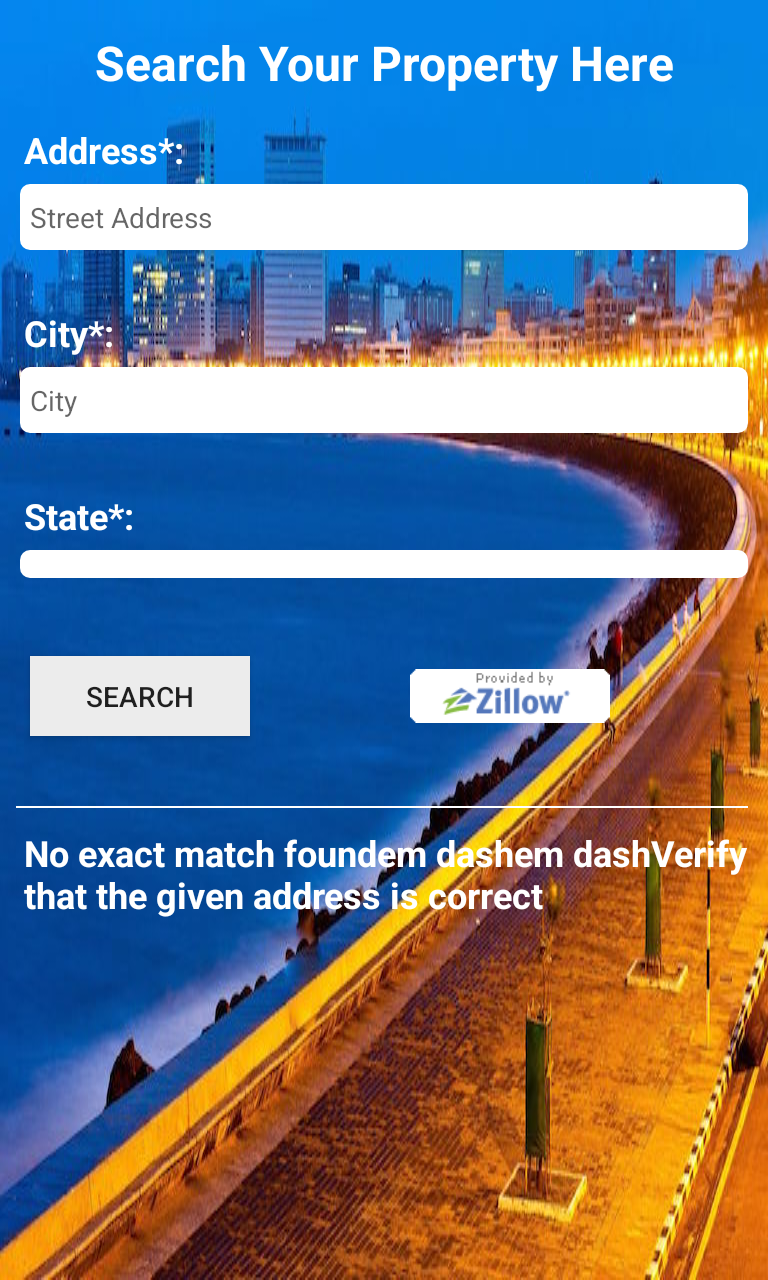
Repository: Warun26/PropertySearch
Layout: PropertySearch/res/layout/activity_main.xml
The author's editor kept a copy of each file at every save. The layout is drawn from the files as they stood at one save, then again after the next save.
It is drawn on a 768 x 1280 px phone screen (xhdpi) without system bars, with theme AppTheme; the app's code is not run. The app's manifest (not shown) leaves right-to-left support off. So textAlignment, textDirection and layoutDirection are ignored, and left and right values win over start and end ones.

Above is the layout before, as saved 2014-11-24 17:42:14.

### PropertySearch/res/layout/activity_main.xml
<?xml version="1.0" encoding="utf-8"?>
<LinearLayout xmlns:android="http://schemas.android.com/apk/res/android"
    xmlns:tools="http://schemas.android.com/tools"
    android:layout_width="match_parent"
    android:layout_height="match_parent"
    android:background="@drawable/background"
    android:orientation="vertical" >

    <LinearLayout
    	android:layout_width="match_parent"
    	android:layout_height="wrap_content"
    	android:orientation="horizontal">
	    <TextView
	    	android:id="@+id/formTitle"
		    android:layout_width="match_parent"
		    android:layout_height="wrap_content"
		    android:layout_marginTop="15dp"
		    android:layout_marginBottom="5dp"
		    android:text="@string/form_title"
		    android:gravity="center_horizontal"
		    android:textStyle="bold"
		    android:textSize="24sp"
		    android:textColor="#fff" />
	</LinearLayout>

    <LinearLayout
        android:layout_width="match_parent"
        android:layout_height="wrap_content"
        android:orientation="vertical">
        <TextView
            android:id="@+id/StreetAddressLabel"
            android:layout_gravity="center_horizontal"
            android:layout_marginTop="10dp"
            android:layout_marginBottom="5dp"
            android:layout_marginStart="8dp"
            android:layout_marginLeft="8dp"
            android:layout_width="fill_parent"
            android:layout_height="wrap_content"
            android:text="@string/address"
            android:textStyle="bold"
            android:textColor="#fff"
            android:textSize="18sp" />
        <EditText
            android:id="@+id/StreetAddressInput"
            android:layout_width="fill_parent"
            android:layout_height="wrap_content"
            android:hint="@string/street_address"
            android:paddingTop="7dp"
            android:paddingBottom="7dp"
            android:paddingStart="5dp"
            android:paddingLeft="5dp"
            android:paddingEnd="5dp"
            android:layout_marginLeft="10dp"
            android:layout_marginRight="10dp"
            android:textSize="14sp"
            android:background="@drawable/editbox"/>
        <TextView
            android:id="@+id/StreetError"
            android:layout_width="fill_parent"
            android:layout_height="wrap_content"
            android:text="@string/error_message"
            android:textColor="#ff0000"
            android:layout_marginLeft="10dp"
            android:layout_marginStart="10dp"
            android:textStyle="bold"
            android:visibility="invisible" />
    </LinearLayout>

    <LinearLayout
        android:layout_width="match_parent"
        android:layout_height="wrap_content"
        android:orientation="vertical">
        <TextView
            android:id="@+id/CityLabel"
            android:layout_gravity="center_horizontal"
            android:layout_marginTop="10dp"
            android:layout_marginBottom="5dp"
            android:layout_marginStart="8dp"
            android:layout_marginLeft="8dp"
            android:layout_width="fill_parent"
            android:layout_height="wrap_content"
            android:text="@string/city_label"
            android:textStyle="bold"
            android:textColor="#fff"
            android:textSize="18sp" />
        <EditText
            android:id="@+id/CityInput"
            android:layout_width="fill_parent"
            android:layout_height="wrap_content"
            android:hint="@string/city"
            android:paddingTop="7dp"
            android:paddingBottom="7dp"
            android:paddingStart="5dp"
            android:paddingLeft="5dp"
            android:paddingEnd="5dp"
            android:layout_marginLeft="10dp"
            android:layout_marginRight="10dp"
            android:textSize="14sp"
            android:background="@drawable/editbox"/>
        <TextView
            android:id="@+id/CityError"
            android:layout_width="fill_parent"
            android:layout_height="wrap_content"
            android:text="@string/error_message"
            android:textColor="#ff0000"
            android:layout_marginLeft="10dp"
            android:layout_marginStart="10dp"
            android:textStyle="bold"
            android:visibility="invisible" />
    </LinearLayout>

    <LinearLayout
        android:layout_width="match_parent"
        android:layout_height="wrap_content"
        android:orientation="vertical">
        <TextView
            android:id="@+id/StateLabel"
            android:layout_gravity="center_horizontal"
            android:layout_marginTop="10dp"
            android:layout_marginBottom="5dp"
            android:layout_marginStart="8dp"
            android:layout_marginLeft="8dp"
            android:layout_width="fill_parent"
            android:layout_height="wrap_content"
            android:text="@string/state"
            android:textStyle="bold"
            android:textColor="#fff"
            android:textSize="18sp" />
        <Spinner
    		android:id="@+id/stateInput"
		    android:layout_width="fill_parent"
		    android:layout_height="wrap_content"
		    android:layout_marginLeft="10dp"
		    android:layout_marginRight="10dp"
		    android:paddingTop="7dp"
		    android:paddingBottom="7dp"
            android:paddingStart="5dp"
            android:paddingLeft="5dp"
            android:paddingRight="5dp"
            android:paddingEnd="5dp"
            android:textSize="14sp"
		    android:background="@drawable/editbox" />

        <TextView
            android:id="@+id/StateError"
            android:layout_width="fill_parent"
            android:layout_height="wrap_content"
            android:text="@string/error_message"
            android:textColor="#ff0000"
            android:layout_marginLeft="10dp"
            android:layout_marginStart="10dp"
            android:textStyle="bold"
            android:visibility="invisible" />
    </LinearLayout>
    <LinearLayout
        android:layout_width="wrap_content"
        android:layout_height="wrap_content"
        android:orientation="horizontal">

        <Button
            android:id="@+id/searchButton"
            android:layout_width="110dp"
            android:layout_height="40dp"
            android:text="@string/search"
            android:layout_marginLeft="15dp"
            android:layout_marginStart="7dp"
            android:layout_marginTop="20dp"
            android:paddingLeft="3dp"
            android:paddingRight="3dp"
            android:layout_weight="1"
            android:background="#ECECEC"
            android:onClick="sendZillow"/>
        <ImageView
            android:id="@+id/zillowLogo"
            android:layout_width="100dp"
            android:layout_height="80dp"
            android:src="@drawable/zillow"
            android:layout_weight="1"
            android:layout_marginLeft="80dp"
            android:layout_marginStart="80dp"
            android:contentDescription="@string/zillow_image"/>
    </LinearLayout>
    <LinearLayout
        android:layout_width="fill_parent"
        android:layout_height="1dp"
        android:layout_marginTop="15dp"
        android:layout_marginLeft="8dp"
        android:layout_marginRight="10dp"
        android:layout_marginStart="8dp"
        android:layout_marginEnd="10dp"
        android:background="#fff"
        android:orientation="horizontal"
       />
    <TextView
            android:id="@+id/NoResults"
            android:layout_gravity="center"
            android:layout_marginTop="10dp"
            android:layout_marginBottom="5dp"
            android:layout_marginStart="8dp"
            android:layout_marginLeft="8dp"
            android:layout_width="fill_parent"
            android:layout_height="wrap_content"
            android:text="@string/no_result"
            android:textStyle="bold"
            android:textColor="#fff"
            android:textSize="18sp" />
</LinearLayout>

### PropertySearch/res/values/strings.xml
<?xml version="1.0" encoding="utf-8"?>
<resources>

    <string name="app_name">PropertySearch</string>
    <string name="hello_world">Hello world!</string>
    <string name="action_settings">Settings</string>
    <string name="search">Search</string>
    <string name="title_activity_main">MainActivity</string>
    <string name="form_title">Search Your Property Here</string>
    <string name="street_address">Street Address</string>
    <string name="address">Address*:</string>
    <string name="city_label">City*:</string>
    <string name="city">City</string>
    <string name="state">State*:</string>
    <string name="zillow_image">Zillow Logo</string>
    <string name="error_message">This field is required.</string>
    <string name="body1">body1</string>
    <string name="body2">body2</string>
    <string name="previous">Previous</string>
    <string name="next">Next</string>
    <string name="more_details">See more details on Zillow:</string>
    <string name="post_facebook">Post to Facebook</string>
    <string name="cancel">Cancel</string>
    <string name="no_result">No exact match found"em dash""em dash"Verify that the given address is correct</string>
    <string name="post_property_details">Post Property Details</string>
    <string-array name="states">
        <item>Choose State</item>
        <item>AL</item>
        <item>AK</item>
        <item>AZ</item>
        <item>AR</item>
        <item>CA</item>
        <item>CO</item>
        <item>CT</item>
        <item>DE</item>
        <item>DC</item>
        <item>FL</item>
        <item>GA</item>
        <item>HI</item>
        <item>ID</item>
        <item>IL</item>
        <item>IN</item>
        <item>IA</item>
        <item>KS</item>
        <item>KY</item>
        <item>LA</item>
        <item>ME</item>
        <item>MD</item>
        <item>MA</item>
        <item>MI</item>
        <item>MN</item>
        <item>MS</item>
        <item>MO</item>
        <item>MT</item>
        <item>NE</item>
        <item>NV</item>
        <item>NH</item>
        <item>NJ</item>
        <item>NM</item>
        <item>NY</item>
        <item>NC</item>
        <item>ND</item>
        <item>OH</item>
        <item>OK</item>
        <item>OR</item>
        <item>PA</item>
        <item>PA</item>
        <item>RI</item>
        <item>SC</item>
        <item>SD</item>
        <item>TN</item>
        <item>TX</item>
        <item>UT</item>
        <item>VT</item>
        <item>VA</item>
        <item>WA</item>
        <item>WV</item>
        <item>WI</item>
        <item>WY</item>
    </string-array>

    <string name="title_activity_display_property_details">Results from Zillow</string>

</resources>

### PropertySearch/res/drawable-ldpi/editbox.xml
<?xml version="1.0" encoding="UTF-8"?>

<shape xmlns:android="http://schemas.android.com/apk/res/android"
    android:shape="rectangle" >

    <solid
        android:color="#fff" >
    </solid>

    <corners
        android:radius="1dp"
        android:bottomLeftRadius="5dp"
        android:bottomRightRadius="5dp"
        android:topLeftRadius="5dp"
        android:topRightRadius="5dp" >
    </corners>

</shape>

Loaded but not shown: PropertySearch/res/values/styles.xml (common file); PropertySearch/res/values-v11/styles.xml (common file); PropertySearch/res/values-v14/styles.xml (common file)

After the next save:
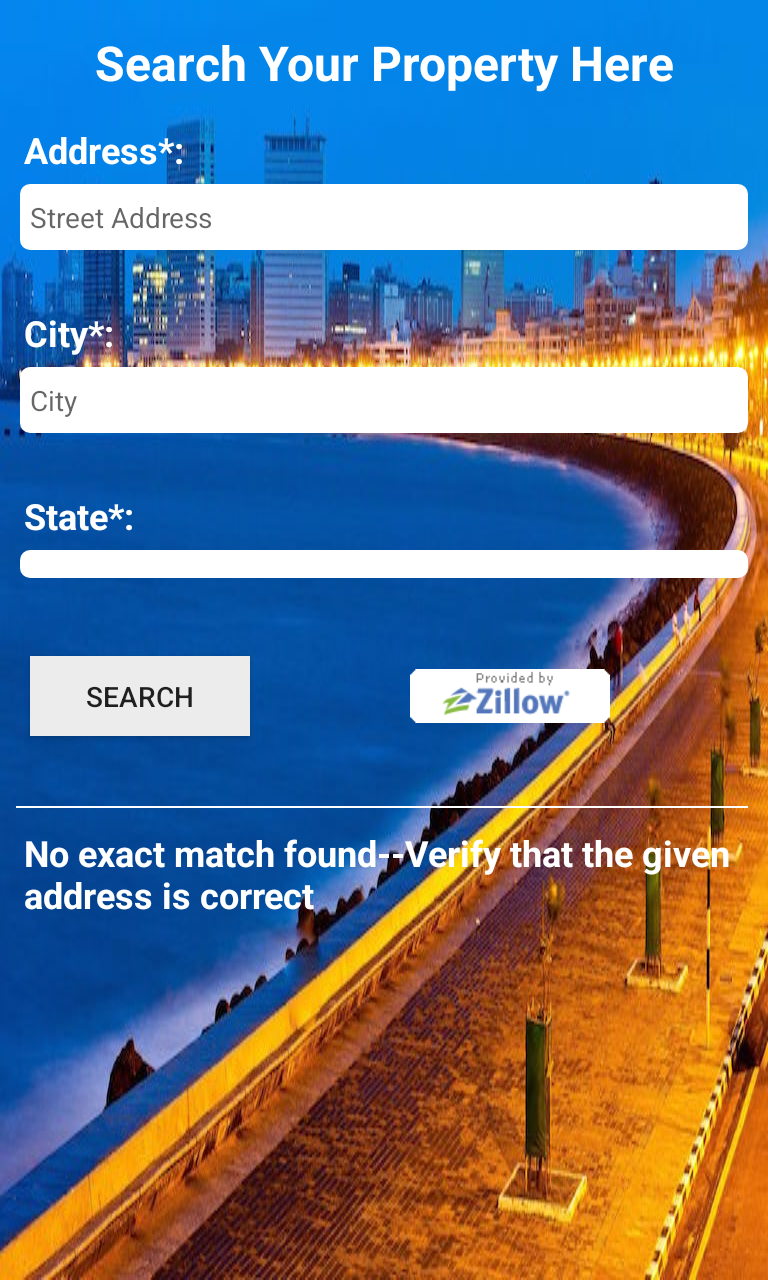
Saved 16 s later.
--- a/PropertySearch/res/values/strings.xml
+++ b/PropertySearch/res/values/strings.xml
@@ -21,7 +21,7 @@
     <string name="more_details">See more details on Zillow:</string>
     <string name="post_facebook">Post to Facebook</string>
     <string name="cancel">Cancel</string>
-    <string name="no_result">No exact match found"em dash""em dash"Verify that the given address is correct</string>
+    <string name="no_result">No exact match found--Verify that the given address is correct</string>
     <string name="post_property_details">Post Property Details</string>
     <string-array name="states">
         <item>Choose State</item>
